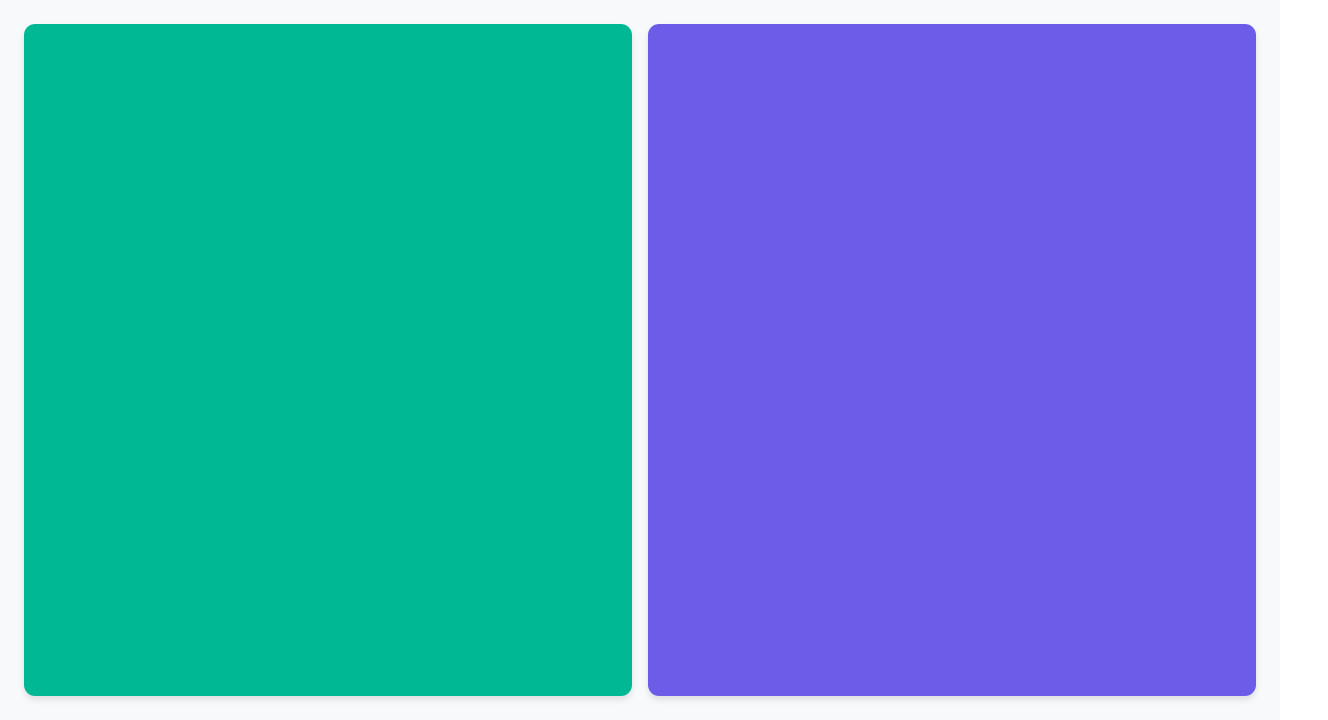
Repository: swarnabha-dutta/ai-code-reviewer
Page: / (app in frontend/)
These files come from the project's save history. The page is drawn as it stood at one moment and after the next save; the edit follows.
The browser window is 1280 px wide. The page is 1280 px wide, then 1328 px, so the pictures cover 1328 px, including what lies to the right of the window. The pictures show the whole page.
The project was rebuilt for these pictures with package versions that can differ from the ones it lists, and the page was loaded fresh each time. Also part of the build but not shown: frontend/vite.config.js.

Above is the page before, as saved 2025-06-07 08:34:31.

After the next save:
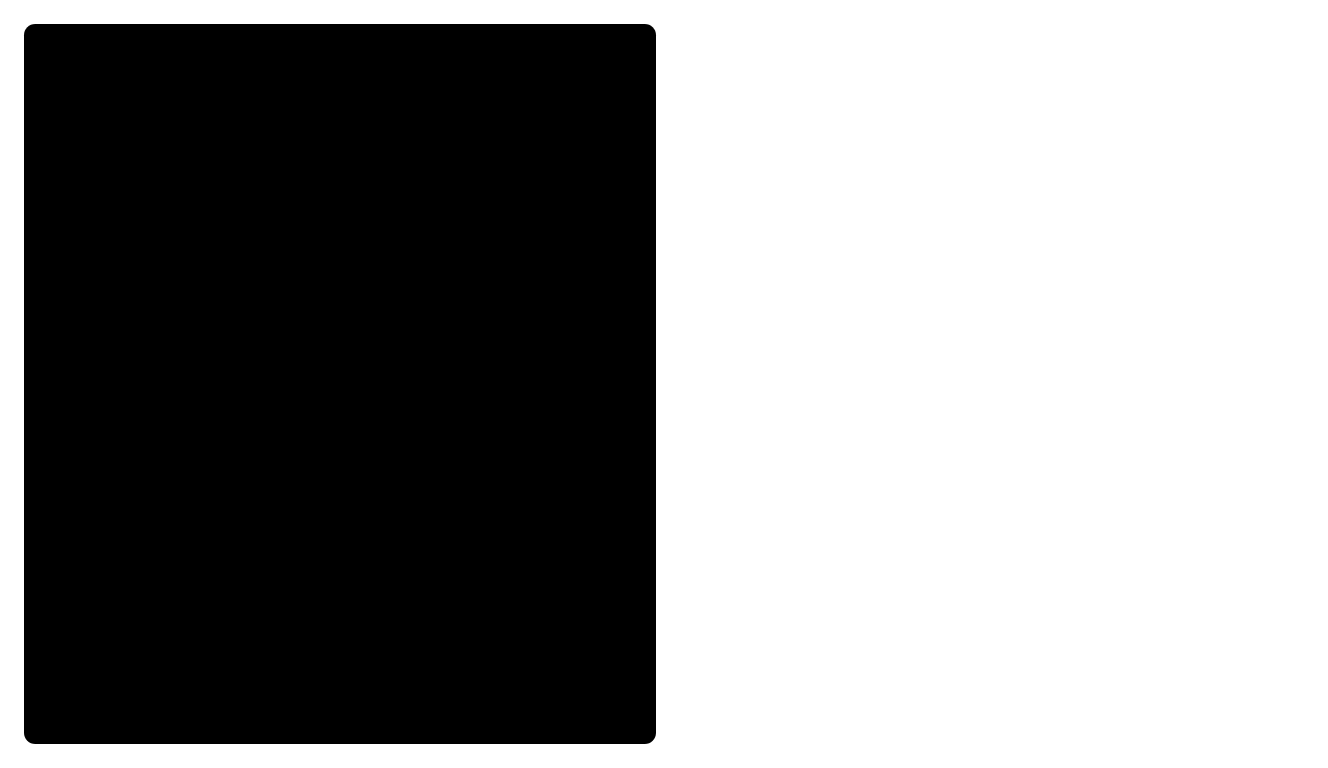
Saved 10 s later.
--- a/frontend/src/App.css
+++ b/frontend/src/App.css
@@ -1,7 +1,7 @@
 * {
-  margin: 0;
-  padding: 0;
-  box-sizing: border-box;
+  margin: 0%;
+  padding: 0%;
+  box-sizing: border-boc;
 }
 
 html,
@@ -17,7 +17,6 @@ main {
   padding: 1.5rem;
   display: flex;
   gap: 1rem;
-  background-color: #f8f9fa; /* Light background for contrast */
 }
 
 main .left,
@@ -25,25 +24,8 @@ main .right {
   height: 100%;
   flex-basis: 50%;
   border-radius: 0.7rem;
-  box-shadow: 0 4px 6px rgba(0, 0, 0, 0.1); /* Subtle shadow for depth */
-}
-
-main .right {
-  background-color: #6c5ce7; /* Vibrant purple */
-  color: white; /* White text for contrast */
-  display: flex;
-  align-items: center;
-  justify-content: center;
-  font-size: 1.5rem;
-  font-weight: bold;
 }
 
 main .left {
-  background-color: #00b894; /* Fresh green */
-  color: white; /* White text for contrast */
-  display: flex;
-  align-items: center;
-  justify-content: center;
-  font-size: 1.5rem;
-  font-weight: bold;
+  background-color: #000;
 }
